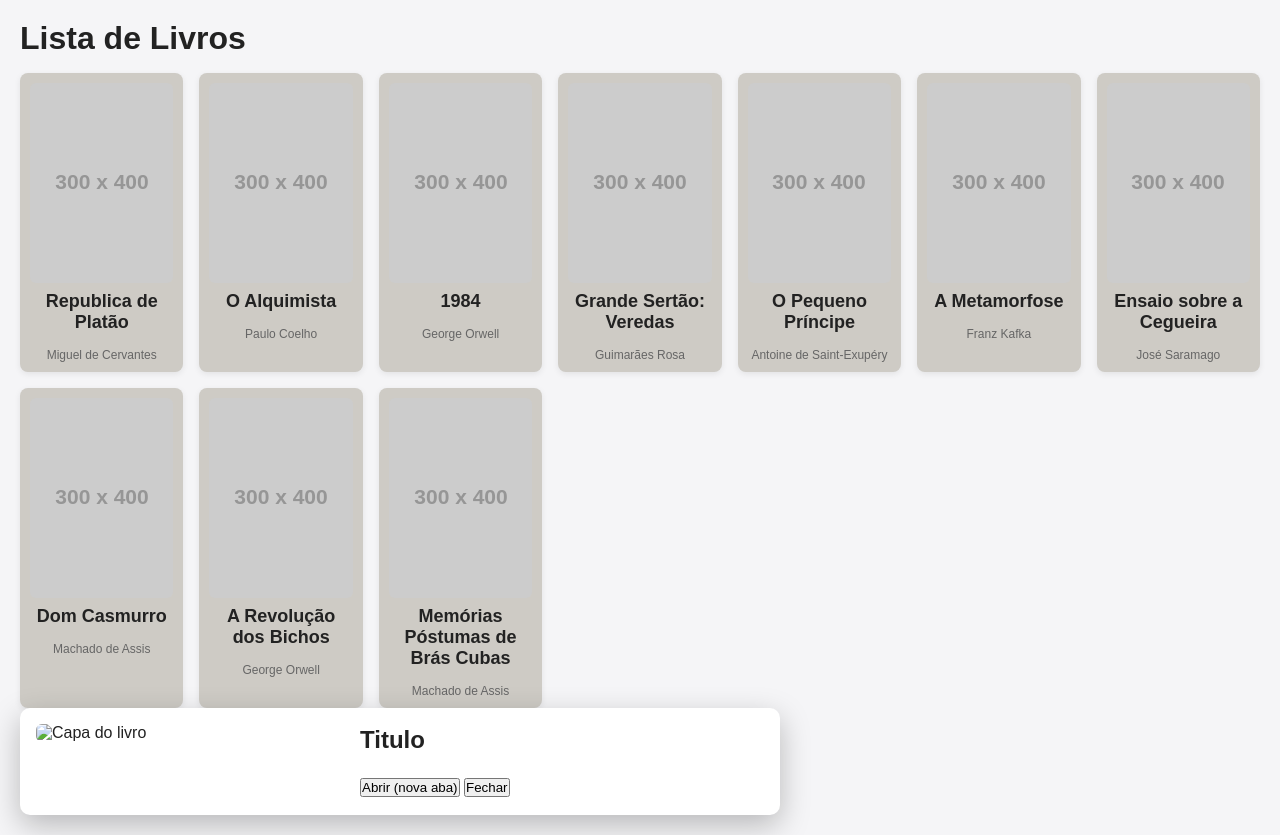
Repository: cleytonds/Biblioteca
Page: templates/lista_livros.HTML
An editor plug-in stored every save of this project. The page is shown before and after the next save, followed by the edit.
The browser window is 1280 px wide. The pictures show the whole page.

Above is the page before, as saved 2025-11-15 17:19:27.

### templates/lista_livros.HTML
<!DOCTYPE html>
<html lang="en">
<head>
    <meta charset="UTF-8">
    <meta name="viewport" content="width=device-width, initial-scale=1.0">
    <link rel="stylesheet" href="/Static/lista_de_livros.css">
    <link rel="stylesheet" href="/Static/modal.js">
    <title>Document</title>
</head>
<body>
    <h1>Lista de Livros</h1>

    <div class="books-grid" id="booksGrid">
    <!-- Cada .book tem data-attributes com infos que o JS usa -->
        <div class="book" data-title="Republica de Platão" data-author="Miguel de Cervantes" data-desc="Clássico da literatura espanhola. Acompanhe as aventuras de Dom Quixote e Sancho Pança." data-img="https://via.placeholder.com/300x400?text=Dom+Quixote" docs="file:///C:/Users/cleyton/Desktop/livros/Plat%C3%A3o.pdf">
        <img src="https://via.placeholder.com/300x400?text=Dom+Quixote" alt="Capa Dom Quixote">
        <div class="title">Republica de Platão</div>
        <div class="author">Miguel de Cervantes</div>
        </div>

        <div class="book" data-title="O Alquimista" data-author="Paulo Coelho" data-desc="Romance sobre a busca dos sonhos e do sentido da vida." data-img="https://via.placeholder.com/300x400?text=O+Alquimista" data-link="https://pt.wikipedia.org/wiki/O_Alquimista">
        <img src="https://via.placeholder.com/300x400?text=O+Alquimista" alt="Capa O Alquimista">
        <div class="title">O Alquimista</div>
        <div class="author">Paulo Coelho</div>
        </div>

        <div class="book" data-title="1984" data-author="George Orwell" data-desc="Distopia clássica que fala sobre vigilância, propaganda e totalitarismo." data-img="https://via.placeholder.com/300x400?text=1984" data-link="https://pt.wikipedia.org/wiki/1984_(romance)">
        <img src="https://via.placeholder.com/300x400?text=1984" alt="Capa 1984">
        <div class="title">1984</div>
        <div class="author">George Orwell</div>
        </div>

        <div class="book" data-title="Grande Sertão: Veredas" data-author="Guimarães Rosa" data-desc="Romance modernista brasileiro, com linguagem única e profunda." data-img="https://via.placeholder.com/300x400?text=Grande+Sert%C3%A3o" data-link="https://pt.wikipedia.org/wiki/Grande_Sert%C3%A3o:_Veredas">
        <img src="https://via.placeholder.com/300x400?text=Grande+Sert%C3%A3o" alt="Capa Grande Sertão">
        <div class="title">Grande Sertão: Veredas</div>
        <div class="author">Guimarães Rosa</div>
        </div>

        <div class="book" data-title="O Pequeno Príncipe" data-author="Antoine de Saint-Exupéry" data-desc="Fábula poética sobre amizade, amor e ver o essencial." data-img="https://via.placeholder.com/300x400?text=O+Pequeno+Pr%C3%ADncipe" data-link="https://pt.wikipedia.org/wiki/O_Pequeno_Pr%C3%ADncipe">
        <img src="https://via.placeholder.com/300x400?text=O+Pequeno+Pr%C3%ADncipe" alt="Capa O Pequeno Príncipe">
        <div class="title">O Pequeno Príncipe</div>
        <div class="author">Antoine de Saint-Exupéry</div>
        </div>

        <div class="book" data-title="A Metamorfose" data-author="Franz Kafka" data-desc="Conto sobre transformação e alienação humana." data-img="https://via.placeholder.com/300x400?text=A+Metamorfose" data-link="https://pt.wikipedia.org/wiki/A_Metamorfose">
        <img src="https://via.placeholder.com/300x400?text=A+Metamorfose" alt="Capa A Metamorfose">
        <div class="title">A Metamorfose</div>
        <div class="author">Franz Kafka</div>
        </div>

        <div class="book" data-title="Ensaio sobre a Cegueira" data-author="José Saramago" data-desc="Romance alegórico que mostra a fragilidade da sociedade." data-img="https://via.placeholder.com/300x400?text=Ensaio+sobre+a+Cegueira" data-link="https://pt.wikipedia.org/wiki/Ensaio_sobre_a_cegueira">
        <img src="https://via.placeholder.com/300x400?text=Ensaio+sobre+a+Cegueira" alt="Capa Ensaio sobre a Cegueira">
        <div class="title">Ensaio sobre a Cegueira</div>
        <div class="author">José Saramago</div>
        </div>

        <div class="book" data-title="Dom Casmurro" data-author="Machado de Assis" data-desc="Clássico brasileiro que explora ciúme e dúvida." data-img="https://via.placeholder.com/300x400?text=Dom+Casmurro" data-link="https://pt.wikipedia.org/wiki/Dom_Casmurro">
        <img src="https://via.placeholder.com/300x400?text=Dom+Casmurro" alt="Capa Dom Casmurro">
        <div class="title">Dom Casmurro</div>
        <div class="author">Machado de Assis</div>
        </div>

        <div class="book" data-title="A Revolução dos Bichos" data-author="George Orwell" data-desc="Fábula política que critica regimes totalitários." data-img="https://via.placeholder.com/300x400?text=A+Revolu%C3%A7%C3%A3o+dos+Bichos" data-link="https://pt.wikipedia.org/wiki/A_Revolu%C3%A7%C3%A3o_dos_Bichos">
        <img src="https://via.placeholder.com/300x400?text=A+Revolu%C3%A7%C3%A3o+dos+Bichos" alt="Capa A Revolução dos Bichos">
        <div class="title">A Revolução dos Bichos</div>
        <div class="author">George Orwell</div>
        </div>

        <div class="book" data-title="Memórias Póstumas de Brás Cubas" data-author="Machado de Assis" data-desc="Romance com narrador defunto e ironia refinada." data-img="https://via.placeholder.com/300x400?text=Mem%C3%B3rias+P%C3%B3stumas" data-link="https://pt.wikipedia.org/wiki/Mem%C3%B3rias_p%C3%B3stumas_de_Br%C3%A1s_Cubas">
        <img src="https://via.placeholder.com/300x400?text=Mem%C3%B3rias+P%C3%B3stumas" alt="Capa Memórias Póstumas">
        <div class="title">Memórias Póstumas de Brás Cubas</div>
        <div class="author">Machado de Assis</div>
        </div>

    </div>
    <!-- Modal (invisivel por padrão)-->
     <div class="Modal-backdrop" id="Modal-backdrop" aria-hidden="true">
        <div class="modal" role="dialog" aria-modal="true" aria-labelledby="modalTitle">
            <div class="modal-left">
                <img id="modalImg" src="" alt="Capa do livro">
            </div>
            <div class="modal-right">
                <h2 id="modal-right">Titulo</h2>
                <div id="modalAuthor" style="color:#666; font-size:14px;"></div>
                <p id="modaldesc"></p>
                <div class="actioms">
                    <button class="btn btn-primary" id="openLink">Abrir (nova aba)</button>
                    <button class="btn btn-close" id="closeModal">Fechar</button>
                </div>
            </div>
        </div>
     </div>
</body>
</html>

### Static/lista_de_livros.css
/*reset simples*/
*{
    box-sizing:border-box;
    margin: 0;
    padding: 0;
    font-family: Arial, sans-serif;
}
body{
    padding: 20px;
    background: #f5f5f7;
    color: #222;
    display: flex;
    flex-direction:column;
    justify-content: center;
    min-width: 100vh;
}

h1{
    margin-bottom: 16px;

}
/*grid dos livros*/
.books-grid{
    display: grid;
    grid-template-columns: repeat(auto-fill, minmax(160px,1fr));
    gap: 16px;


}
.book {
    background: rgb(206, 203, 197);
    border-radius: 8px;
    padding: 10px;
    box-shadow: 0 2px 6px rgba(0,0,0,0.08);
    cursor: pointer;
    display: flex;
    flex-direction: column;
    align-items: center;
    text-align: center;
    transition: transform .12s ease, box-shadow .12s;

}
.book:hover{
    transform: translateY(-4pc);
    box-shadow: 0 6px 18px rgba(0,0,0,0.15);
}
.book img{
    width: 100%;
    height: 200px;
    object-fit: cover;
    border-radius: 6px;
    margin-bottom: 8px;
    text-align: center;
}
.book .title {
    font-weight:700 ;
    font-size: 18px;
    margin-bottom: 15px;

}
.book .author {
    font-size: 12px; color: #666;

}
/* modal*/
.modal-backdrop {
    position: fixed;
    inset: 0;
    background: rgba(0,0,0,0.45);
    display: none;
    align-items: center;
    justify-content: center;
    padding: 20px;
}
.modal {
    width: 100%;
    max-width: 760px;
    background: #fff;
    border-radius: 10px;
    overflow: hidden;
    display: flex;
    gap: 18px;
    box-shadow: 0 10px 30px rgba(0,0,0,0.25);
}
.modal-left {width: 40%; min-width: 200px; padding: 16px;}
.modal-left img { width: 100%; height: auto; border-radius: 6px; display: block;}
.modal-right { padding: 18px; flex: 1; display: flex; flex-direction: column; gap: 8px;}
.modal h2 { margin-top: 0;}
.modal p { color: #333; line-height: 1.4;}
.modal .actions {margin-top: auto; display: flex; gap: 8px; }
.bnt {
    padding: 8px 12px;
    border-radius: 6px;
    border: none;
    cursor: pointer;
    font-weight: 600;
}
.bnt-primary { background: #2563eb; color: rgb(218, 204, 179);}
.bnt-close { background: #eee; color: #222;}

@media (max-width:640px){
    .modal { flex-direction: column;}
    .modal-left { width: 100%;}
}

### Static/modal.js
//Lógica: pegar todos os elementos .book e abrir modal com os dara-attributes

    const books = document.querySelectorAll('.book');
    const modalBackdrop = document.getElementById('modalBackdrop');
    const modalTitle = document.getElementById('modalTitle');
    const modalAuthor = document.getElementById('modalAuthor');
    const modalDesc = document.getElementById('modalDesc');
    const modalImg = document.getElementById('modalImg');
    const openLinkBtn = document.getElementById('openLink');
    const closeModalBtn = document.getElementById('closeModal');

    let currentLink = '#';

    books.forEach(book => {
      book.addEventListener('click', () => {
        const title = book.dataset.title;
        const author = book.dataset.author;
        const desc = book.dataset.desc;
        const img = book.dataset.img;
        const link = book.dataset.link;

        modalTitle.textContent = title;
        modalAuthor.textContent = author;
        modalDesc.textContent = desc;
        modalImg.src = img;
        modalImg.alt = 'Capa ' + title;
        currentLink = link || '#';

        modalBackdrop.style.display = 'flex';
        modalBackdrop.setAttribute('aria-hidden','false');
      });
    });

    // abrir link em nova aba
    openLinkBtn.addEventListener('click', () => {
      if (currentLink && currentLink !== '#') {
        window.open(currentLink, '_blank');
      } else {
        alert('Nenhum link configurado para este livro.');
      }
    });

    // fechar modal
    closeModalBtn.addEventListener('click', closeModal);
    modalBackdrop.addEventListener('click', (e) => {
      if (e.target === modalBackdrop) closeModal();
    });
    document.addEventListener('keydown', (e) => {
      if (e.key === 'Escape') closeModal();
    });

    function closeModal() {
      modalBackdrop.style.display = 'none';
      modalBackdrop.setAttribute('aria-hidden','true');
    }

After the next save:
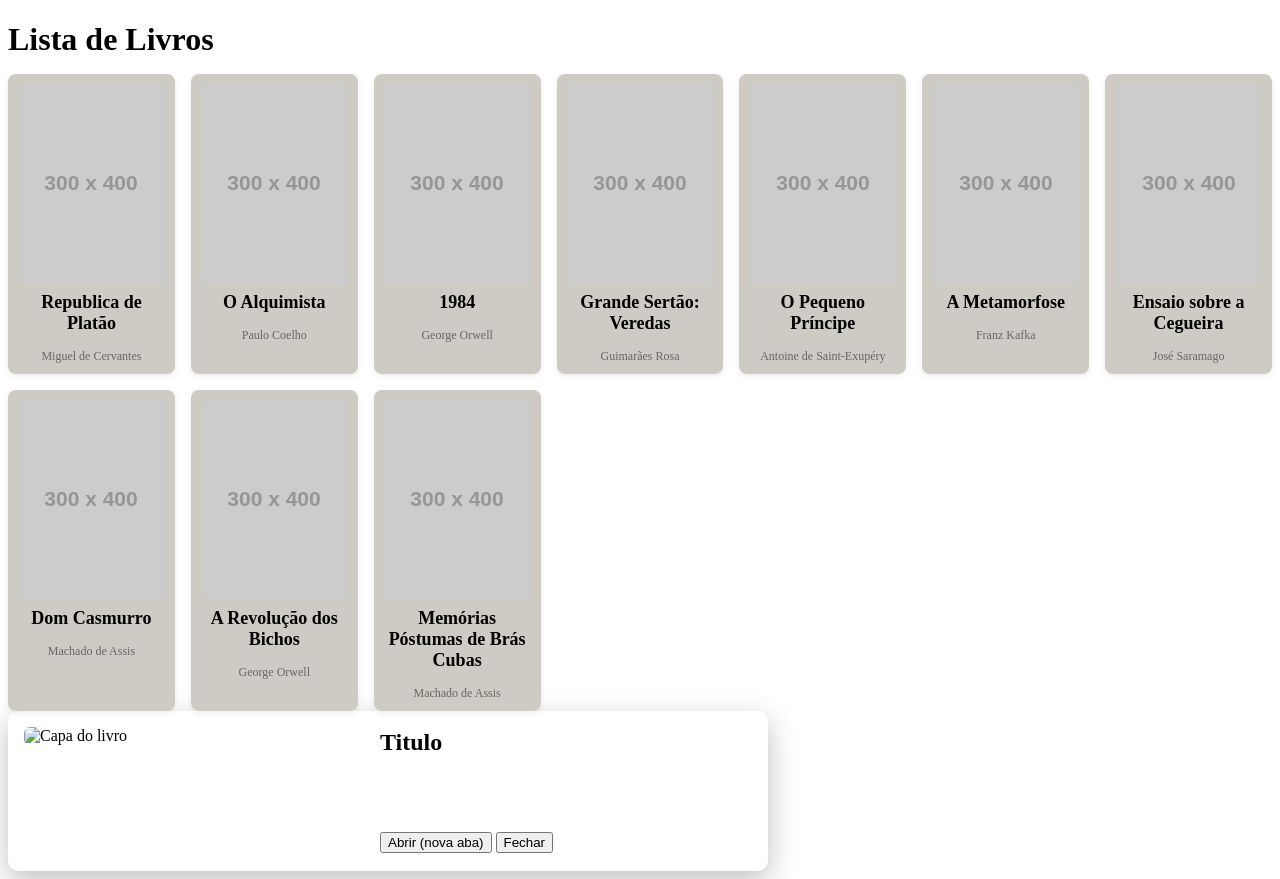
Saved 20 s later.
--- a/Static/lista_de_livros.css
+++ b/Static/lista_de_livros.css
@@ -1,9 +1,5 @@
 /*reset simples*/
-*{
-    box-sizing:border-box;
-    margin: 0;
-    padding: 0;
-    font-family: Arial, sans-serif;
+
 }
 body{
     padding: 20px;
@@ -50,7 +46,7 @@
     object-fit: cover;
     border-radius: 6px;
     margin-bottom: 8px;
-    text-align: center;
+
 }
 .book .title {
     font-weight:700 ;
